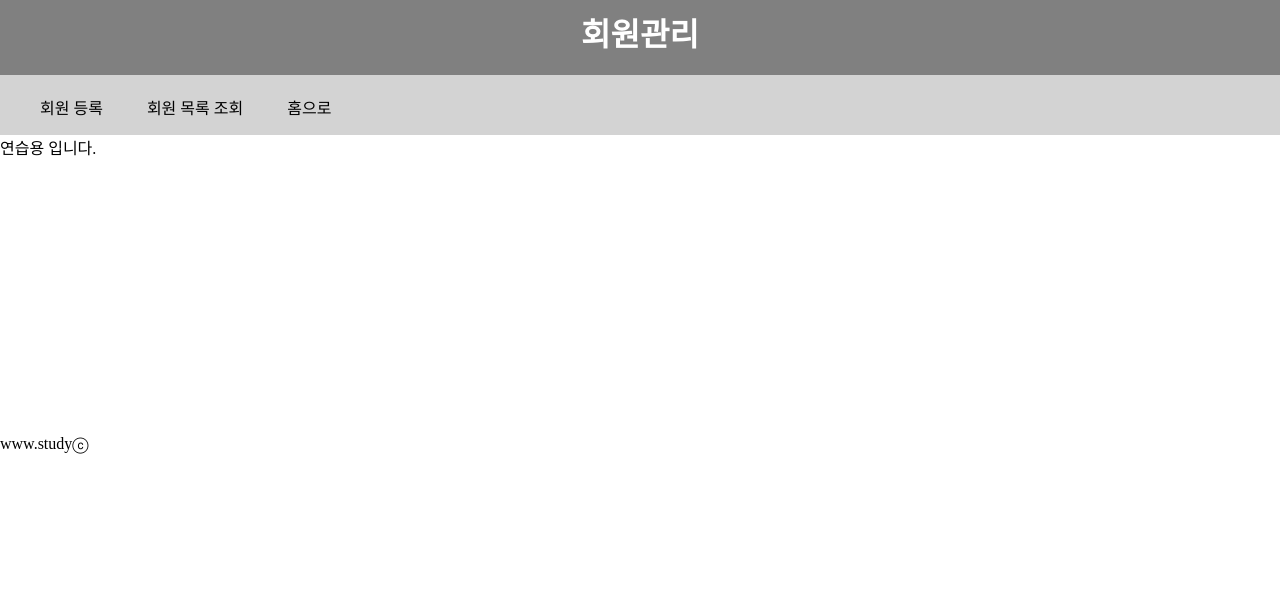
Repository: jieun000/Craftsman_Information_Processing
Page: http://localhost/00_study/
The author's editor kept a copy of each file at every save. The page is drawn from the files as they stood at one save, then again after a run of saves.
The browser window is 1280 px wide. The pictures show the whole page.
The page is served by Tomcat 9. Other server files are loaded and not shown.

Above is the page before, as saved 2023-07-02 13:28:42.

### 00_study/WebContent/index.jsp
<%@ page language="java" contentType="text/html; charset=UTF-8"
    pageEncoding="UTF-8"%>
<!DOCTYPE html>
<html>
<head>
<meta charset="UTF-8">
<title>Insert title here</title>
<style>
	* {
		margin: 0px;
		padding: 0px;
	}
	header {
		width: 100%;
		height: 75px;
		background: gray;
		color: white;
		text-align: center;
		line-height: 70px;
	}
	nav {
		height: 20px;
		background: lightgray;
		padding: 20px;
	}
	a {
		text-decoration: none;
		color: black;
		padding:20px;
	}
</style>
</head>
<body>
	<header>
		<h1>회원관리</h1>
	</header>
	<nav>
		<a href="">회원 등록</a>
		<a href="">회원 목록 조회</a>
		<a href="">홈으로</a>
	</nav>
	<p style="height: 300px;">연습용 입니다.</p>
	<footer>
		www.studyⓒ
	</footer>
</body>
</html>

After the next 2 saves:
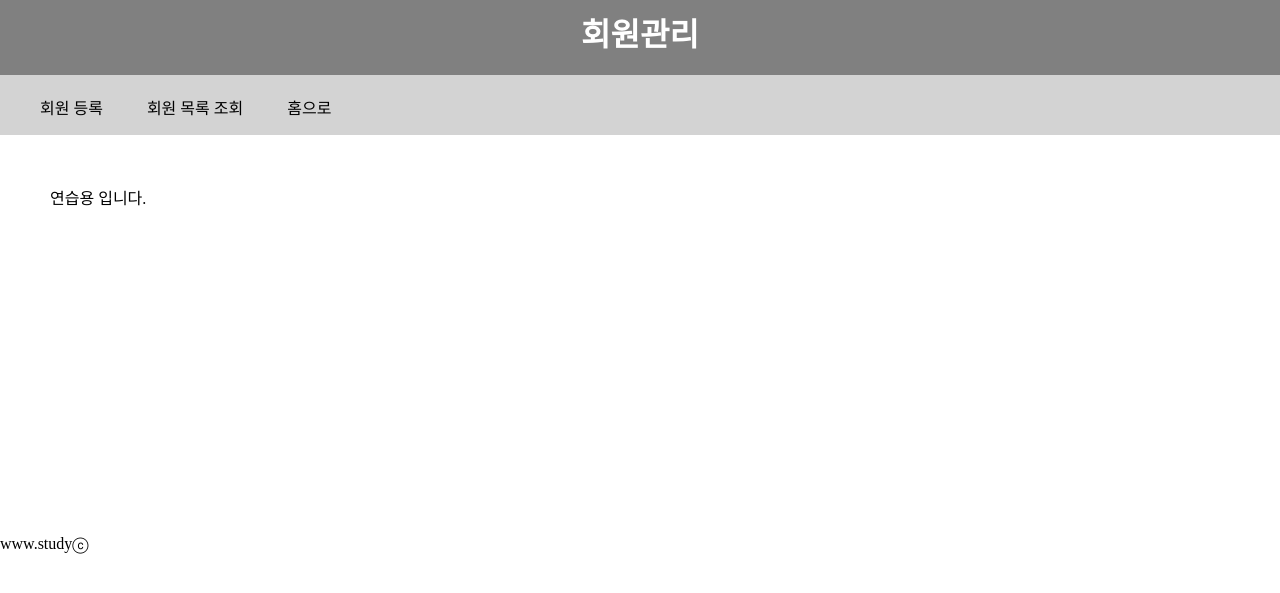
The 2 saves are shown as one change because they came seconds apart.
The last was saved 24 s later.
--- a/00_study/WebContent/index.jsp
+++ b/00_study/WebContent/index.jsp
@@ -39,7 +39,7 @@
 		<a href="">회원 목록 조회</a>
 		<a href="">홈으로</a>
 	</nav>
-	<p style="height: 300px;">연습용 입니다.</p>
+	<p style="height: 300px; padding: 50px;">연습용 입니다.</p>
 	<footer>
 		www.studyⓒ
 	</footer>
